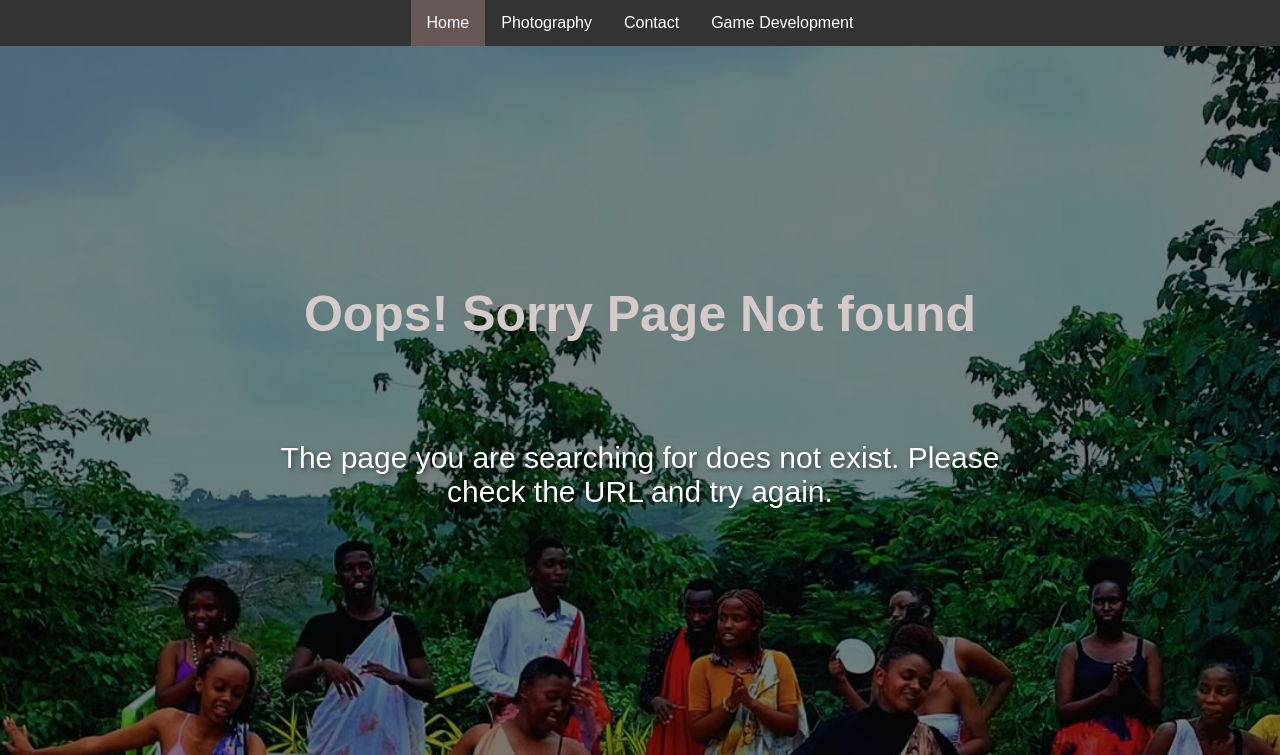
Repository: Argivist/ArgPortfolio
Page: 404.html
The author's editor kept a copy of each file at every save. The page is drawn from the files as they stood at one save, then again after the next save.
The browser window is 1280 px wide. The pictures show the whole page.
Backgrounds fixed to the window are drawn as part of the page.

Above is the page before, as saved 2025-03-28 22:16:52.

### 404.html
<!DOCTYPE html>
<html lang="en">

<head>
    <meta charset="UTF-8">
    <meta name="viewport" content="width=device-width, initial-scale=1.0">
    <link rel="stylesheet" href="css/styles.css">
    <link rel="stylesheet" href="css/nav.css">
    <link rel="stylesheet" href="css/home.css">

    <title>Hutton Amison-Addy</title>

    <style>
        body {
            background-color: #f0f0f0;
            font-family: 'Arial', sans-serif;
        }
    </style>
</head>

<body>
    <nav>
        <ul>
            <li class="nav-content active active-text"><a href="index.html">Home</a></li>
            <li class="nav-content"><a href="https://www.instagram.com/theworldinoneseye/">Photography</a></li>

            <li class="dropdown nav-content">
                <a href="contact.html">Contact</a>
                <ul class="dropdown-content">
                    <li><a href="https://www.linkedin.com/in/hutton-amison-addy-7b1b3b1b1/">LinkedIn</a></li>
                    <li><a href="https://www.github.com/Argivist">GitHub</a></li>
                    <li><a href="mailto:hutton.amison@ashesi.edu.gh">hutton.amison@ashesi.edu.gh</a></li>
                    <li><a href="mailto:huttonaaddy.public@gmail.com">huttonaaddy.public@gmail.com</a></li>
                </ul>
            </li>

            <li class="dropdown nav-content">
                <a href="#">Game Development</a>
                <ul class="dropdown-content">
                    <li><a href="game/index.html">Game Development Projects</a></li>
                    <li><a href="blender/index.html">Blender</a></li>
                </ul>
            </li>
        </ul>
    </nav>
    <div class="padding">
    </div>
    <div class="overlay">

        <div class="thisisme section">
            <h1>Oops! Sorry Page Not found</h1>
            <p class="desc">
                The page you are searching for does not exist. Please check the URL and try again.
            </p>
        </div>



    </div>

    </div>



</body>

</html>

### css/styles.css
body{
    height: 100%;
    margin: 0;
    padding: 0;
}

 p {
    white-space: pre-line; /* preserves newlines, but collapses extra spaces */
  }
  .overlay {
    /* position: fixed; */
    position: absolute;
    left: 0;
    width: 100%;
    /* height: 100%; */
    background-color: rgba(0, 0, 0, 0.5); /* Adjust opacity as needed */
    z-index: -1; /* Keeps it behind your content */
}

### css/nav.css
/* 1. Define default variables in :root */


/* NAV Content and Dropdown */
.nav-content {
    position: relative;
    display: inline-block;
}

.dropdown {
    position: relative; /* For proper absolute positioning of its child */
    display: inline-block;
}

.dropdown:hover .dropdown-content {
    display: block;
}

.dropdown-content {
    display: none;
    position: absolute; /* This makes it overlay other elements without affecting layout */
    background-color: var(--dropdown-bg);
    min-width: 160px;
    box-shadow: 0px 8px 16px 0px rgba(0,0,0,0.2);
    z-index: 1;
}

/* Nav Stylisation */
nav {
    background-color: var(--nav-bg);
    position: fixed;
    top: 0;
    left: 0;
    width: 100vw;
    z-index: 100;
    display: flex;
    justify-content: center;  /* Centers the nav content horizontally */
    align-items: center;      /* Vertically centers items */
    margin: 0;
    color: var(--nav-link-color);
}

/* Reserve space for the fixed navbar */
.padding {
    height: 35px;  /* Adjust this value to match your navbar's height */
    top: 0;
    left: 0;
    width: 100%;
    bottom: 0;
}

/* Nav List Styles */
nav ul {
    list-style-type: none;
    margin: 0;
    padding: 0;
    display: flex;
}

nav ul li {
    display: inline-block;
    margin: 0;
    text-align: center;
    /* If you want each <li> to match nav’s background: */
    background-color: var(--nav-bg);
}

/* Nav Links */
nav ul li a {
    display: block;
    color: var(--nav-link-color);
    text-align: center;
    padding: 14px 16px;
    text-decoration: none;
}

nav ul li a:hover {
    background-color: var(--nav-link-hover-bg);
    color: var(--nav-link-active-color);
}

/* Optional: Ensure dropdown list items take full width */
.dropdown ul li {
    width: 100%;
}

/* Active link styling */
.active {
    background-color: var(--active-bg);
    /* color: var(--nav-link-active-color); */
    text-decoration: none;
}
/* If .active is on the <li>, target the <a> inside */
.active-text{
    color: var(--nav-link-active-color);
}

### css/home.css
/* Custom Theme variables */
:root {
    --nav-bg: #333;
    --nav-link-color: #fff;
    --nav-link-hover-bg: #111;
    --dropdown-bg: #f9f9f9;
    --active-bg: #675656;
    --body-text-color: #f5c646;      /* General text color */
    --heading-text-color: #d4caca;   /* Headings, if desired */
    --interest-hover: #ffffff50;     /* Hover color for interest items */

    /* Additional colors for interest items */
    --interest-hover-bg: rgba(255, 255, 255, 0.8);
    --interest-text-color: #c9c2c2;
}

/* Headings */
h1 {
    color: var(--heading-text-color);
    font-size: 50px;
    text-align: center;
}
.desc{
    color: var(--nav-link-color);
    font-size: 30px;
    text-align: center;
    text-shadow: 2px 2px 5px rgba(0, 0, 0, 0.5);
    /* large gap between left and right edges */
    margin-left: 20%;
    margin-right: 20%;
}
/* Body styling */
body {
    background-image: url('../img/home.jpeg');
    background-size: cover;
    background-repeat: no-repeat;
    background-position: center 15%;
    background-attachment: fixed;
    margin: 0;
    padding: 0;
}

:root {
    --nav-link-color: #fff;
    --interest-hover-bg: rgba(255, 255, 255, 0.8);
    --interest-text-color: #333;
}


.section{
    display: flex;
    flex-direction: column;
    justify-content: center;
    align-items: center;
    min-height: 100vh;
}
.mi{
    padding: 20px;
    font-size: 4em;
    color: var(--nav-link-color);
}


/* Container for all interests */
.interests {
    display: grid;
    grid-template-columns: repeat(auto-fit, minmax(300px, 1fr));
    gap: 20px;
    max-width: 1200px;
    margin: 0 auto;
    padding: 20px;
}

/* Individual interest item */
.interest {
    position: relative;
    background-size: cover;
    background-position: center;
    aspect-ratio: 16 / 9; /* Maintains uniform aspect ratio */
    overflow: hidden;
    cursor: pointer;
}

/* Overwrite if needed to allow the box to grow
   .interest {
       aspect-ratio: auto;
       min-height: 300px;
   }
*/

/* Background images for specific interests */
.f1 {
    background-image: url('https://corp.formula1.com/wp-content/uploads/2023/02/GettyImages-1240545798-scaled.jpg');
}
.space {
    background-image: url('https://scalar.chapman.edu/scalar/interior-space---a-visual-exploration-of-the-international-space-station-photographs-by-paolo-nespo/media/Endeavour%20dock%20ISS%20symmetric.jpg');
}
.robotics {
    background-image: url('https://www.roboticgizmos.com/wp-content/uploads/2022/11/17/Limo-AI-Modular-Mobile-Robot-640x469.jpg');
}
.gamedev {
    background-image: url('https://tutorials.eu/wp-content/uploads/2020/04/unity4.jpg');
}
.stem {
    background-image: url('https://www.edsmart.org/wp-content/uploads/2024/04/what_does_STEM_mean.jpg');
}
.nature {
    background-image: url('../img/nature.jpg');
}

/* Description container */
.intdesc {
    position: absolute;
    inset: 0; /* top: 0; left: 0; right: 0; bottom: 0; */
    background-color: transparent;
    display: flex;
    flex-direction: column;
    justify-content: center;
    align-items: center;
    padding: 20px;
    box-sizing: border-box;
    transition: background-color 1s ease, color 1s ease;
}

/* Title styling */
.intdesc h3 {
    margin: 0;
    font-size: 1.8em;
    text-align: center;
    color: var(--interest-text-color);
}

/* Description paragraph initially hidden and collapsed */
.intdesc p {
    opacity: 0;
    max-height: 0;
    overflow-y: hidden;
    transition: opacity 0.5s ease, max-height 0.5s ease;
    margin: 5px 0 0;
}

/* On hover, reveal the paragraph up to 150px; scroll if longer */
.intdesc:hover p {
    opacity: 1;
    max-height: 150px; /* Adjust as needed */
    overflow-y: auto;
}

/* Hover effects for text container */
.interest:hover .intdesc {
    background-color: var(--interest-hover-bg);
    color: var(--interest-text-color);
}
.interest:hover h3,
.interest:hover p {
    color: white;
    transition: color 1s ease;
}

/* Additional tinted overlays for each item on hover */
.f1:hover .intdesc {
    background-color: rgba(255, 0, 0, 0.58);
}
.space:hover .intdesc {
    background-color: rgba(0, 0, 255, 0.58);
}
.robotics:hover .intdesc {
    background-color: rgba(0, 255, 0, 0.58);
}
.gamedev:hover .intdesc {
    background-color: rgba(255, 255, 0, 0.58);
}
.stem:hover .intdesc {
    background-color: rgba(255, 0, 255, 0.58);
}
.nature:hover .intdesc {
    background-color: rgba(0, 255, 255, 0.58);
}




/* ########################## */

After the next save:
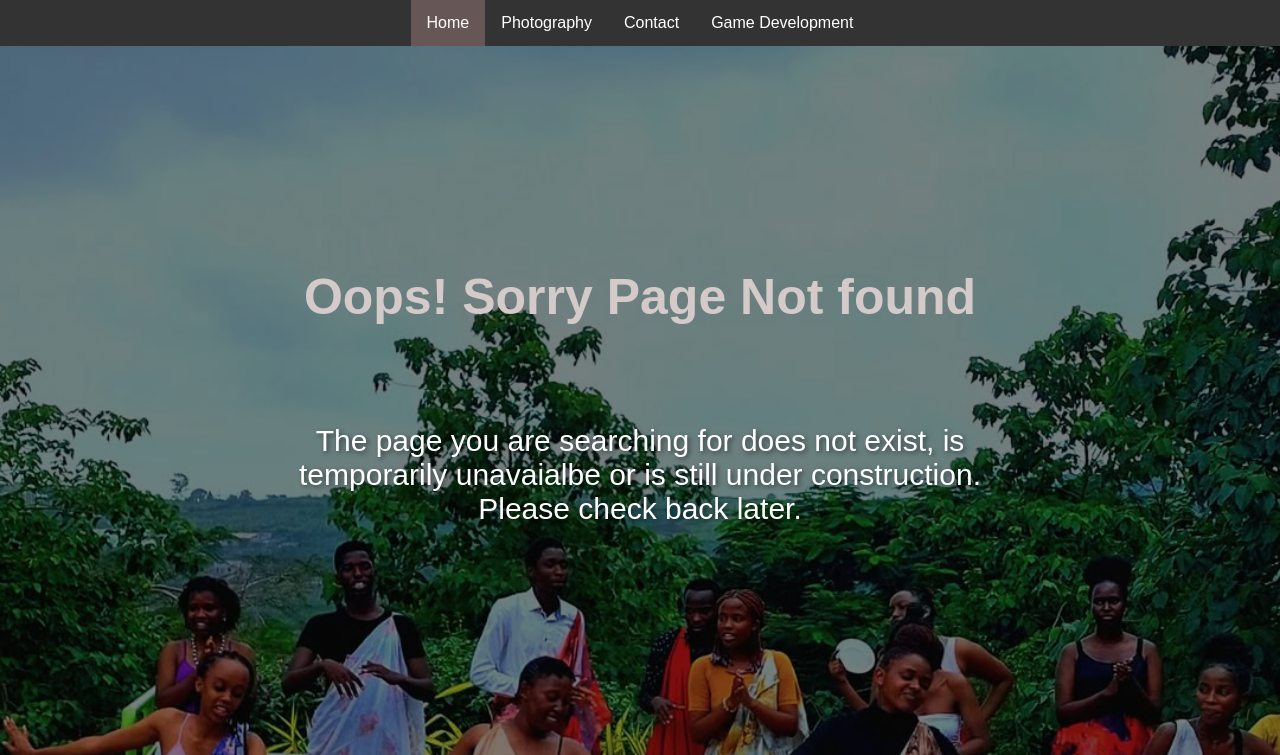
Saved 30 s later.
--- a/404.html
+++ b/404.html
@@ -50,7 +50,7 @@
         <div class="thisisme section">
             <h1>Oops! Sorry Page Not found</h1>
             <p class="desc">
-                The page you are searching for does not exist. Please check the URL and try again.
+                The page you are searching for does not exist, is temporarily unavaialbe or is still under construction. Please check back later.
             </p>
         </div>
 
